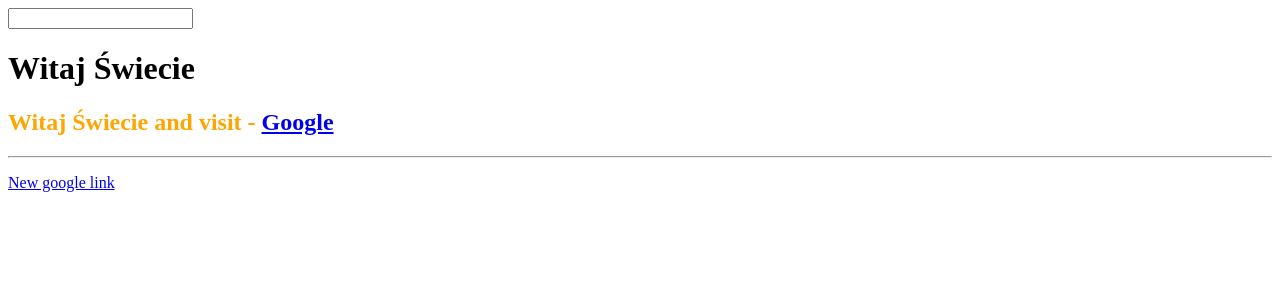
Repository: wojkos/Learn
Page: Vue/index.html
An editor plug-in stored every save of this project. The page is shown before and after the next save, followed by the edit.
The browser window is 1280 px wide. The pictures show the whole page.

Above is the page before, as saved 2018-03-29 22:15:19.

After the next save:
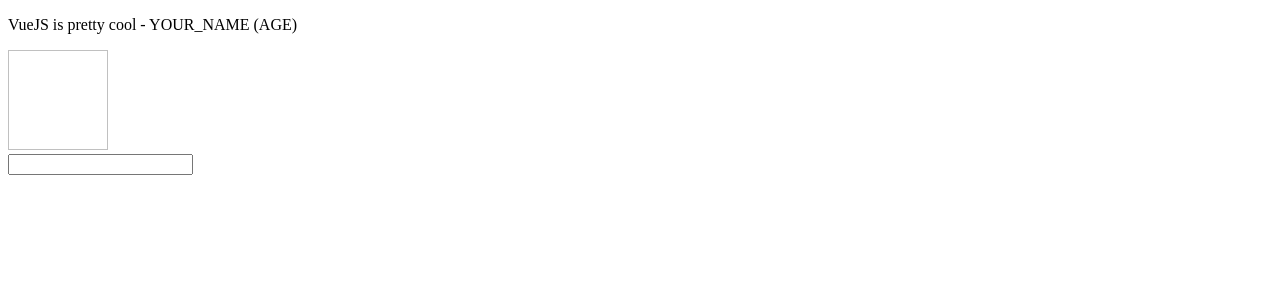
Saved 2 min 7 s later.
--- a/Vue/index.html
+++ b/Vue/index.html
@@ -9,13 +9,21 @@
 </head>
 
 <body>
-    <div id="app">
-        <input type="text" v-on:input="changeTitle">
-        <h1>{{ title }}</h1>
-        <h2 v-once v-bind:style="color">{{ sayHello() }} and visit - <a v-bind:href="link">Google</a></h2>
-        <hr>
-        <p v-html="finishLink"></p>
-
+    <div id="exercise">
+        <!-- 1) Fill the <p> below with your Name and Age - using Interpolation -->
+        <p>VueJS is pretty cool - YOUR_NAME (AGE)</p>
+        <!-- 2) Output your age, multiplied by 3 -->
+        <p></p>
+        <!-- 3) Call a function to output a random float between 0 and 1 (Math.random()) -->
+        <p></p>
+        <!-- 4) Search any image on Google and output it here by binding the "src" attribute -->
+        <div>
+            <img style="width:100px;height:100px">
+        </div>
+        <!-- 5) Pre-Populate this input with your name (set the "value" attribute) -->
+        <div>
+            <input type="text">
+        </div>
     </div>
 
 
